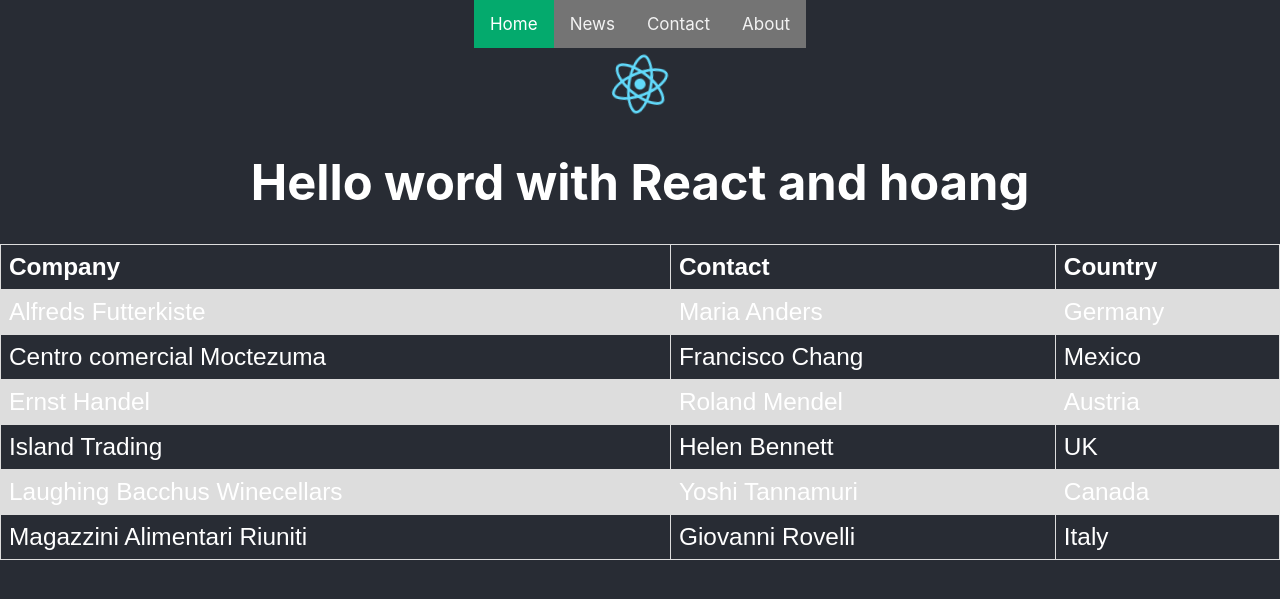
Repository: hoang0508/ReactJsHookBasic
Page: /
An editor plug-in stored every save of this project. The page is shown before and after the next save, followed by the edit.
The browser window is 1280 px wide. The pictures show the whole page.
The project was rebuilt for these pictures with package versions that can differ from the ones it lists, and the page was loaded fresh each time. Also part of the build but not shown: src/views/Todo.js.

Above is the page before, as saved 2021-11-11 22:31:47.

After the next save:
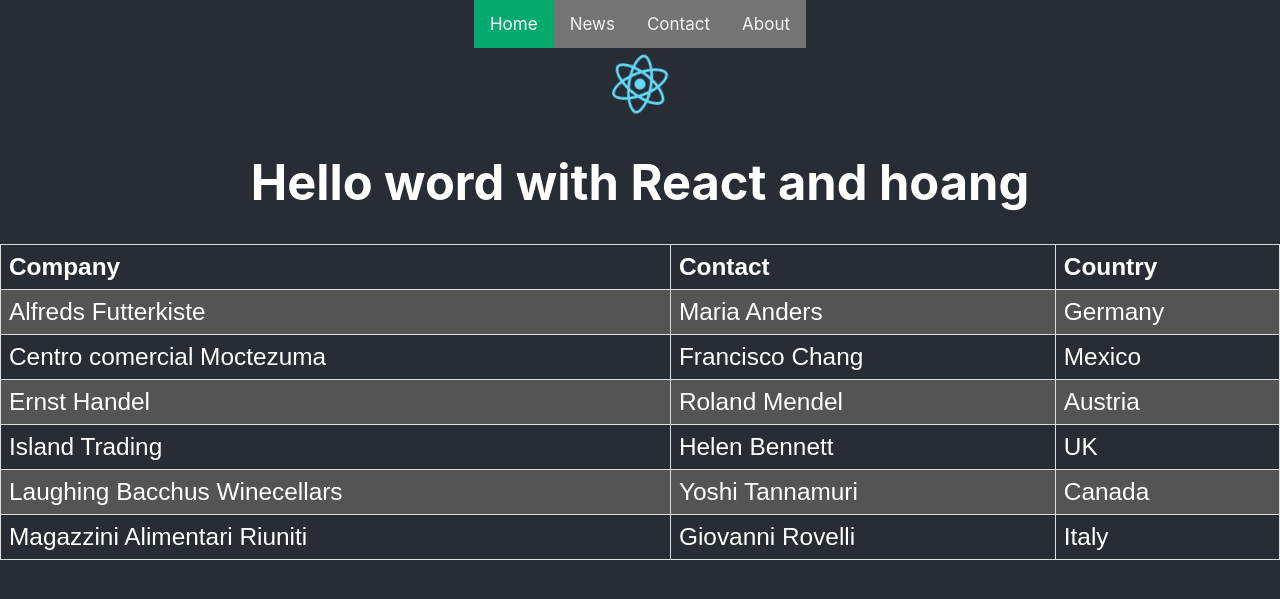
Saved 3 min 8 s later.
--- a/src/App.css
+++ b/src/App.css
@@ -51,5 +51,5 @@
 }
 
 tr:nth-child(even) {
-  background-color: #dddddd;
+  background-color: #545454;
 }
